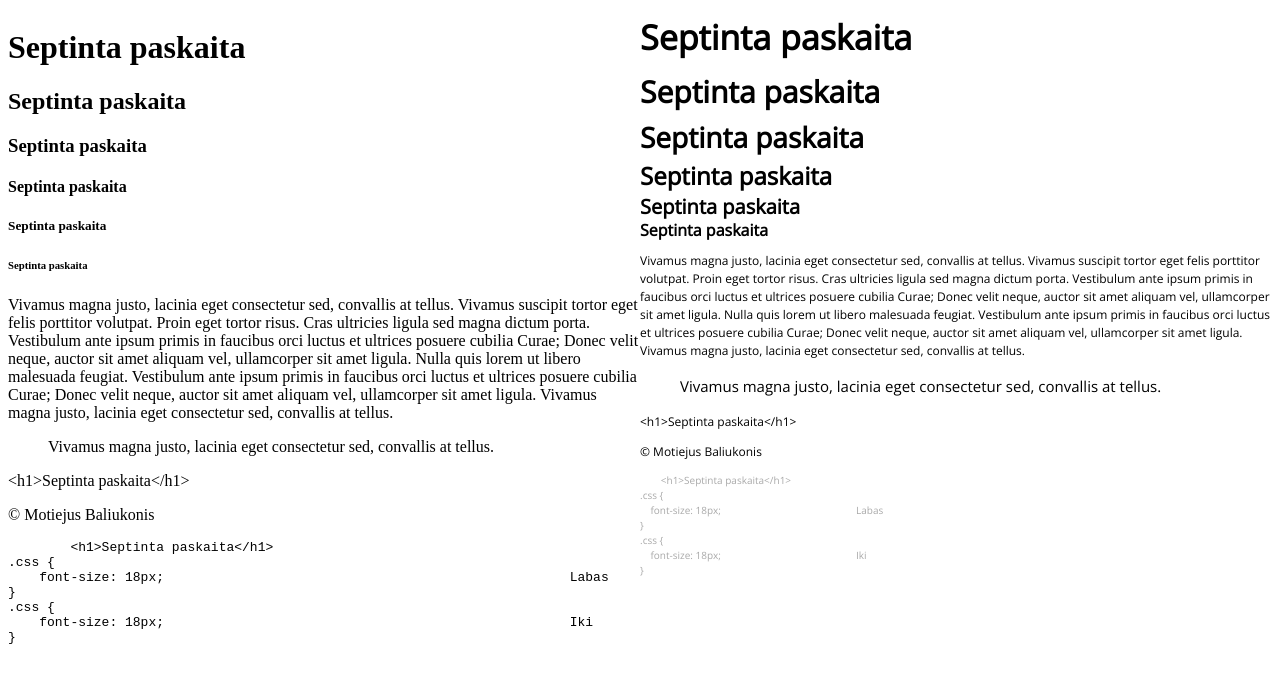
Repository: motiejus1/07-paskaita-05.31
Page: index.html
An editor plug-in stored every save of this project. The page is shown before and after a run of saves, followed by the edit.
The browser window is 1280 px wide. The pictures show the whole page.

Above is the page before, as saved 2021-06-10 20:26:45.

### index.html
<!DOCTYPE html>
<html lang="en">
<head>
    <meta charset="UTF-8">
    <meta http-equiv="X-UA-Compatible" content="IE=edge">
    <meta name="viewport" content="width=device-width, initial-scale=1.0">
    <title>Septinta paskaita</title>

    <link rel="preconnect" href="https://fonts.gstatic.com">
    <link href="https://fonts.googleapis.com/css2?family=Open+Sans&display=swap" rel="stylesheet">

    <style>
        .container {
            width: 100%;
        }

        .left, .right {
            float:left;
            width: 50%;

        }

        .right {
            font-family: 'Open Sans', sans-serif;
        }

        .right pre {
            font-family: 'Open Sans', sans-serif;
            font-size: 10px;
            line-height: 1.5;
            color:darkgrey;
        }

        .right h1, .right h2, .right h3, .right h4, .right h5, .right h6 {
            margin: 0;
            font-weight: 700;
        }

        .right h1 {
            /* font-family: 'Open Sans', sans-serif; */
            font-size: 34px;
            line-height: 1.75;
        }

        .right h2 {
            font-size: 30px;
            line-height: 1.6;
        }

        .right h3 {
            font-size: 28px;
            line-height: 1.5;
        }

        .right h4 {
            font-size: 24px;
            line-height: 1.5;
        }

        .right h5 {
            font-size: 20px;
            line-height: 1.3;
        }

        .right h6 {
            font-size: 16px;
            line-height: 1.3;
        }

        .right p {
            font-size: 12px;
            line-height: 1.5;
            font-weight: 400;
        }

        .right blockquote {
            font-size: 15px;
            line-height: 1.5;
            font-weight: 400;
        }

    </style>
</head>
<body>
    <div class="container">
        <div class="left">
            <h1>Septinta paskaita</h1>
            <h2>Septinta paskaita</h2>
            <h3>Septinta paskaita</h3>
            <h4>Septinta paskaita</h4>
            <h5>Septinta paskaita</h5>
            <h6>Septinta paskaita</h6>

            <p>Vivamus magna justo, lacinia eget consectetur sed, convallis at tellus. Vivamus suscipit tortor eget felis porttitor volutpat. Proin eget tortor risus. Cras ultricies ligula sed magna dictum porta. Vestibulum ante ipsum primis in faucibus orci luctus et ultrices posuere cubilia Curae; Donec velit neque, auctor sit amet aliquam vel, ullamcorper sit amet ligula. Nulla quis lorem ut libero malesuada feugiat. Vestibulum ante ipsum primis in faucibus orci luctus et ultrices posuere cubilia Curae; Donec velit neque, auctor sit amet aliquam vel, ullamcorper sit amet ligula. Vivamus magna justo, lacinia eget consectetur sed, convallis at tellus.</p>

            <blockquote>Vivamus magna justo, lacinia eget consectetur sed, convallis at tellus.</blockquote>

            <p> &lt;h1&gt;Septinta paskaita&lt;/h1&gt;  </p>
            <p>&copy; Motiejus Baliukonis</p>

            <pre>
        &lt;h1&gt;Septinta paskaita&lt;/h1&gt;
.css {
    font-size: 18px;                                                    Labas
}
.css {
    font-size: 18px;                                                    Iki
}
            </pre>
        </div>
        <div class="right">
            <h1>Septinta paskaita</h1>
            <h2>Septinta paskaita</h2>
            <h3>Septinta paskaita</h3>
            <h4>Septinta paskaita</h4>
            <h5>Septinta paskaita</h5>
            <h6>Septinta paskaita</h6>

            <p>Vivamus magna justo, lacinia eget consectetur sed, convallis at tellus. Vivamus suscipit tortor eget felis porttitor volutpat. Proin eget tortor risus. Cras ultricies ligula sed magna dictum porta. Vestibulum ante ipsum primis in faucibus orci luctus et ultrices posuere cubilia Curae; Donec velit neque, auctor sit amet aliquam vel, ullamcorper sit amet ligula. Nulla quis lorem ut libero malesuada feugiat. Vestibulum ante ipsum primis in faucibus orci luctus et ultrices posuere cubilia Curae; Donec velit neque, auctor sit amet aliquam vel, ullamcorper sit amet ligula. Vivamus magna justo, lacinia eget consectetur sed, convallis at tellus.</p>

            <blockquote>Vivamus magna justo, lacinia eget consectetur sed, convallis at tellus.</blockquote>

            <p> &lt;h1&gt;Septinta paskaita&lt;/h1&gt;  </p>
            <p>&copy; Motiejus Baliukonis</p>

            <pre>
        &lt;h1&gt;Septinta paskaita&lt;/h1&gt;
.css {
    font-size: 18px;                                                    Labas
}
.css {
    font-size: 18px;                                                    Iki
}
            </pre>
        </div>
    </div>
</body>
</html>

After the next 2 saves:
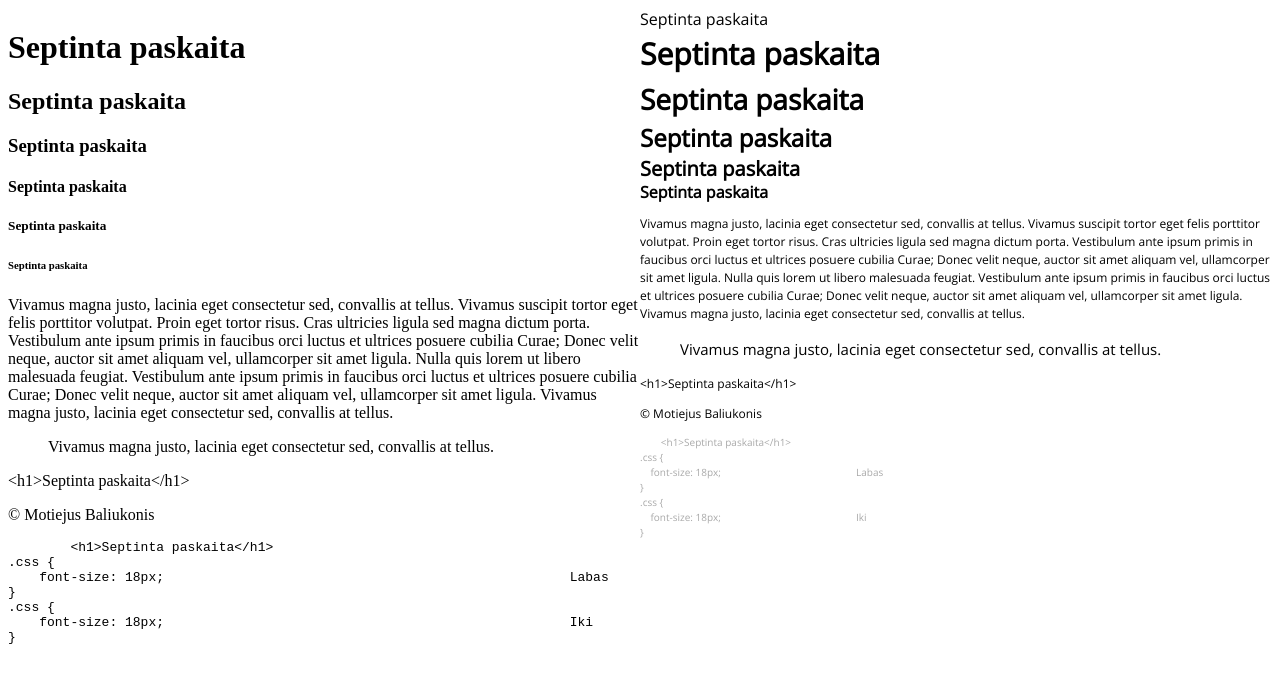
The 2 saves are shown as one change because they came seconds apart.
The last was saved 7 min 10 s later.
--- a/index.html
+++ b/index.html
@@ -109,6 +109,7 @@
             </pre>
         </div>
         <div class="right">
+            <div class=""
             <h1>Septinta paskaita</h1>
             <h2>Septinta paskaita</h2>
             <h3>Septinta paskaita</h3>

After the 2 saves that followed:
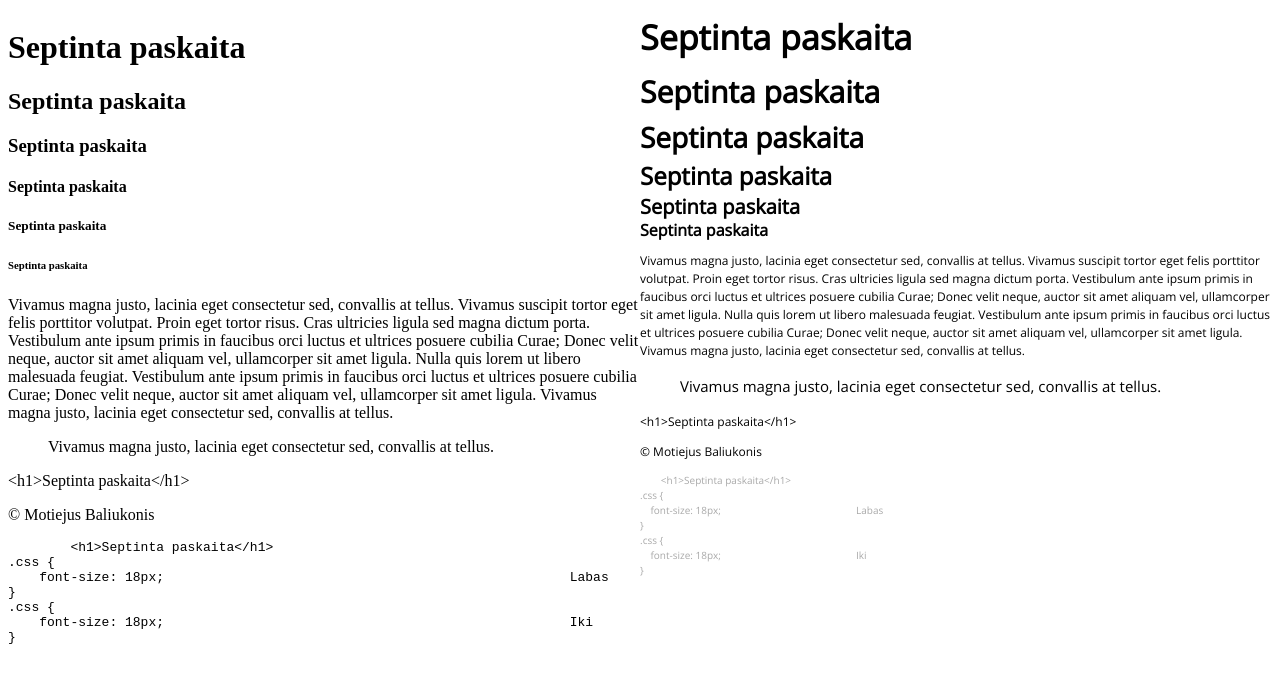
The 2 saves are shown as one change because they came seconds apart.
The last was saved 10 s later.
--- a/index.html
+++ b/index.html
@@ -109,7 +109,7 @@
             </pre>
         </div>
         <div class="right">
-            <div class=""
+            <div class="right-container"></div>
             <h1>Septinta paskaita</h1>
             <h2>Septinta paskaita</h2>
             <h3>Septinta paskaita</h3>
